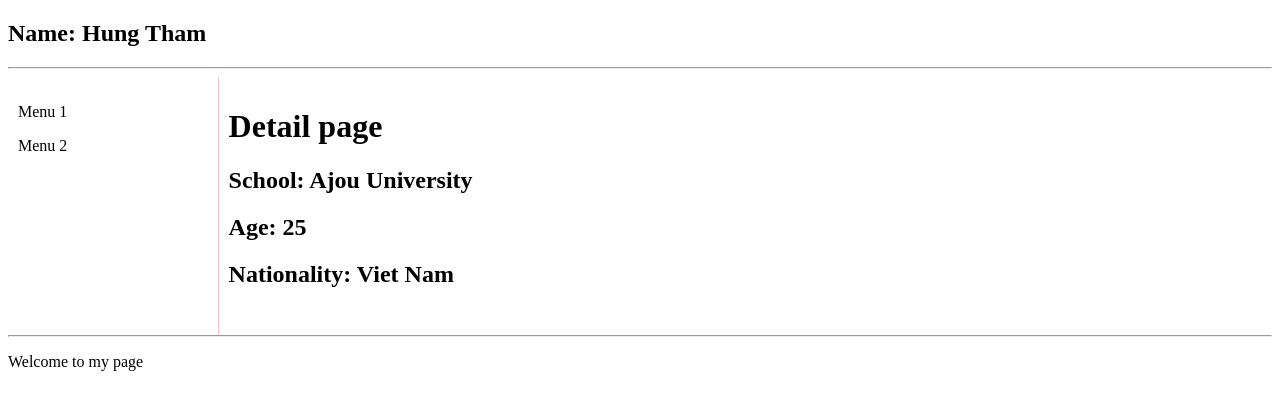
Repository: hunggtham/First-Jsp-and-Servlet-Project
Page: http://localhost/5JspInclude/Detail.jsp
The author's editor kept a copy of each file at every save. The page is drawn from the files as they stood at one save, then again after the next save.
The browser window is 1280 px wide. The pictures show the whole page.
The page is served by Tomcat 9.

Above is the page before, as saved 2022-07-24 10:35:08.

After the next save:
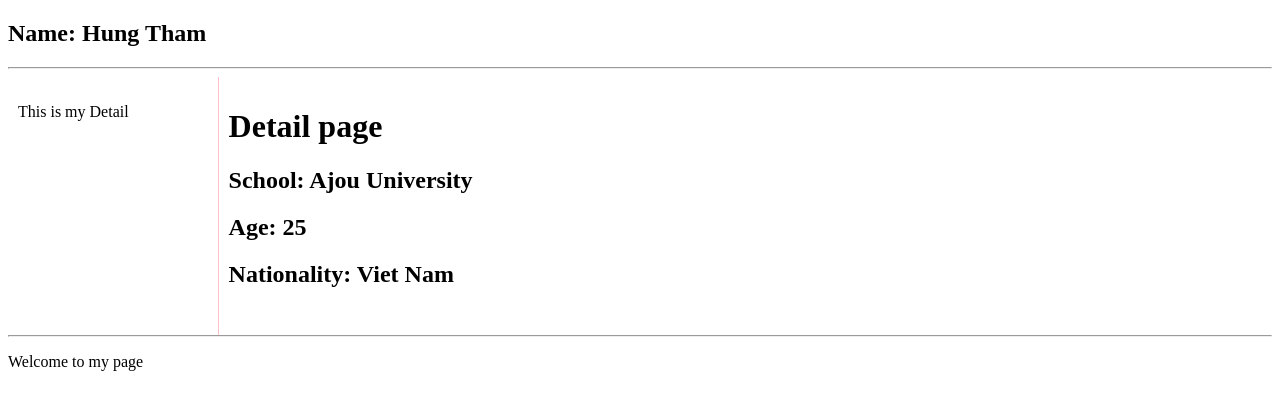
Saved 41 s later.
--- a/5JspInclude/src/main/webapp/Menu.jsp
+++ b/5JspInclude/src/main/webapp/Menu.jsp
@@ -8,8 +8,7 @@
 </head>
 <body>
 	<div style="float: left; padding: 10px; width: 15%;">
-		<p>Menu 1</p>
-		<p>Menu 2</p>
+		<p>This is my Detail</p>
 	</div>
 </body>
 </html>
